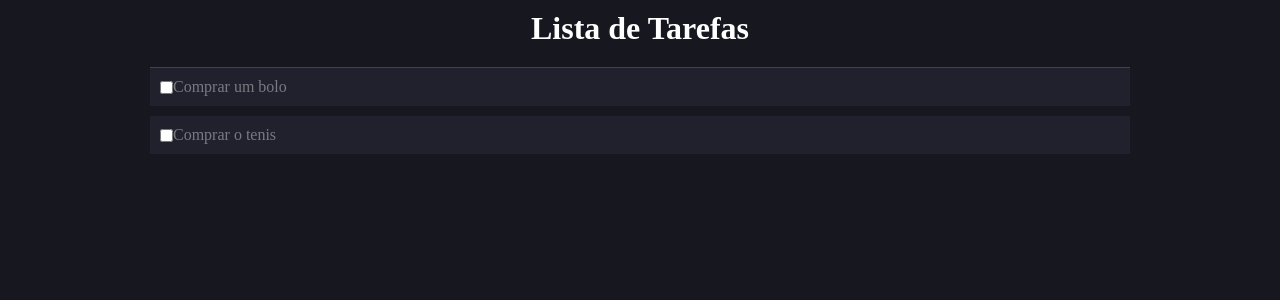
Repository: Wink07/lista-tarefas
Page: /
The author's editor kept a copy of each file at every save. The page is drawn from the files as they stood at one save, then again after the next save.
The browser window is 1280 px wide. The pictures show the whole page.
The project was rebuilt for these pictures with package versions that can differ from the ones it lists, and the page was loaded fresh each time. Also part of the build but not shown: vite.config.ts.

Above is the page before, as saved 2022-05-10 18:26:12.

After the next save:
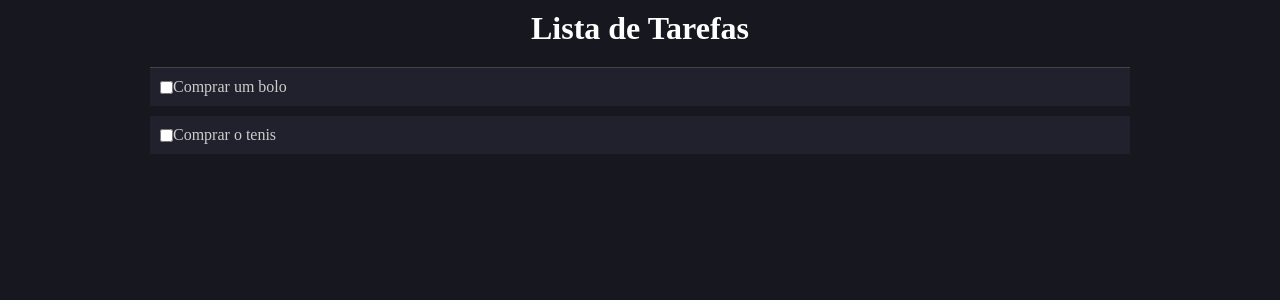
Saved 34 s later.
--- a/src/components/ListItem/styles.ts
+++ b/src/components/ListItem/styles.ts
@@ -8,4 +8,8 @@ export const Container = styled.div`
     boder-radius: 10px;
     margin-bottom: 10px;
     align-items: center;
+
+    label {
+        color: #CCC
+    }
 `;
